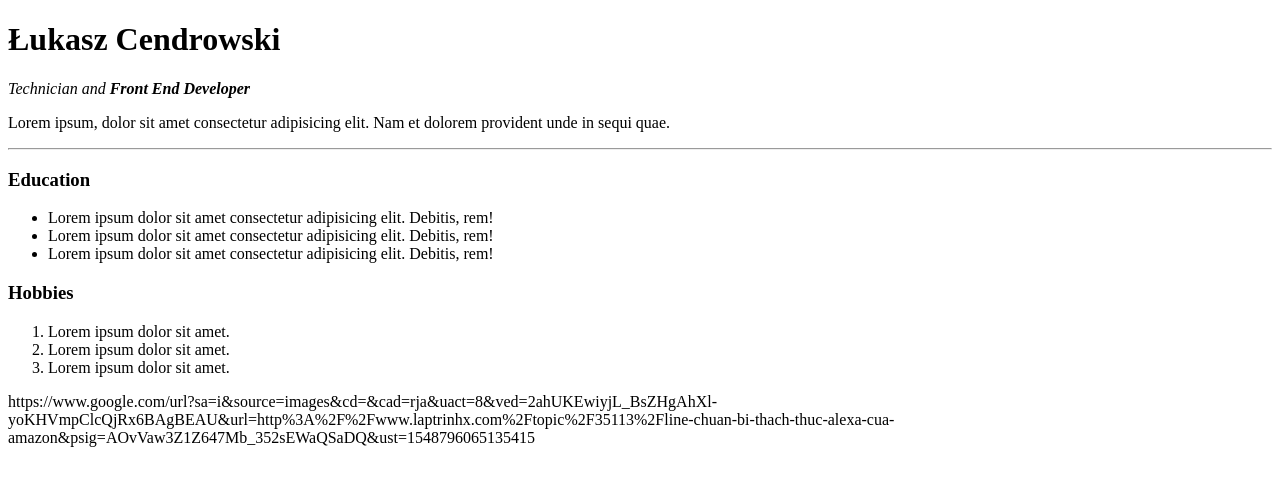
Repository: Isanderr/simple_landing_page-1
Page: index.html
An editor plug-in stored every save of this project. The page is shown before and after the next save, followed by the edit.
The browser window is 1280 px wide. The pictures show the whole page.

Above is the page before, as saved 2019-01-28 22:09:53.

### index.html
<!DOCTYPE html>
<html lang="en">

    <head>
        <meta charset="UTF-8">
        <meta name="viewport" content="width=device-width, initial-scale=1.0">
        <meta http-equiv="X-UA-Compatible" content="ie=edge">
        <title>Personal Site</title>
    </head>

    <body>
        <h1>Łukasz Cendrowski</h1>
        <p><em>Technician and <strong>Front End Developer</strong></em></p>
        <p>Lorem ipsum, dolor sit amet consectetur adipisicing elit. Nam et dolorem provident unde in sequi quae.</p>
        <hr>
        <h3>Education</h3>
        <ul>
            <li>Lorem ipsum dolor sit amet consectetur adipisicing elit. Debitis, rem!</li>
            <li>Lorem ipsum dolor sit amet consectetur adipisicing elit. Debitis, rem!</li>
            <li>Lorem ipsum dolor sit amet consectetur adipisicing elit. Debitis, rem!</li>
        </ul>
        <h3>Hobbies</h3>
        <ol>
            <li>Lorem ipsum dolor sit amet.</li>
            <li>Lorem ipsum dolor sit amet.</li>
            <li>Lorem ipsum dolor sit amet.</li>
        </ol>
    </body>

</html>
https://www.google.com/url?sa=i&source=images&cd=&cad=rja&uact=8&ved=2ahUKEwiyjL_BsZHgAhXl-yoKHVmpClcQjRx6BAgBEAU&url=http%3A%2F%2Fwww.laptrinhx.com%2Ftopic%2F35113%2Fline-chuan-bi-thach-thuc-alexa-cua-amazon&psig=AOvVaw3Z1Z647Mb_352sEWaQSaDQ&ust=1548796065135415

After the next save:
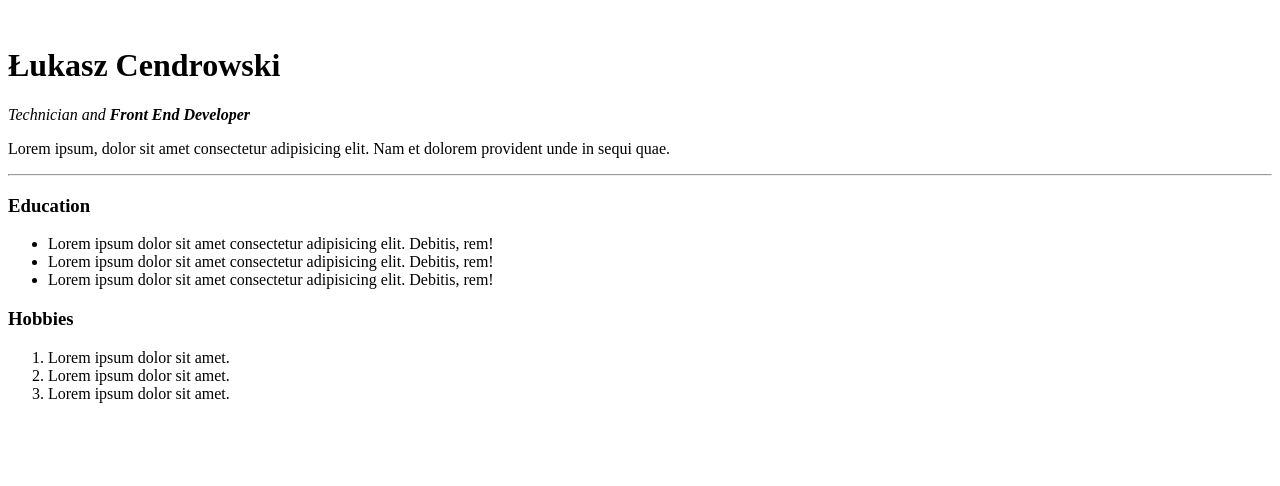
Not found: code.jpg
Saved 7 min 57 s later.
--- a/index.html
+++ b/index.html
@@ -9,6 +9,7 @@
     </head>
 
     <body>
+        <img src="code.jpg" alt="">
         <h1>Łukasz Cendrowski</h1>
         <p><em>Technician and <strong>Front End Developer</strong></em></p>
         <p>Lorem ipsum, dolor sit amet consectetur adipisicing elit. Nam et dolorem provident unde in sequi quae.</p>
@@ -28,4 +29,3 @@
     </body>
 
 </html>
-https://www.google.com/url?sa=i&source=images&cd=&cad=rja&uact=8&ved=2ahUKEwiyjL_BsZHgAhXl-yoKHVmpClcQjRx6BAgBEAU&url=http%3A%2F%2Fwww.laptrinhx.com%2Ftopic%2F35113%2Fline-chuan-bi-thach-thuc-alexa-cua-amazon&psig=AOvVaw3Z1Z647Mb_352sEWaQSaDQ&ust=1548796065135415
